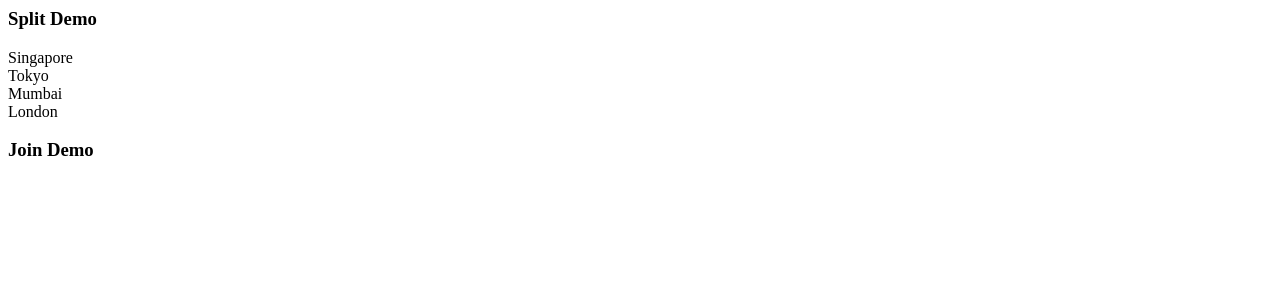
Repository: mangeshgayakwad2020/jsp_servlet
Page: http://localhost/JSPTagDemo/split-join-test.jsp
The author's editor kept a copy of each file at every save. The page is drawn from the files as they stood at one save, then again after the next save.
The browser window is 1280 px wide. The pictures show the whole page.
The page is served by Tomcat 9. Other server files are loaded and not shown.

Above is the page before, as saved 2019-08-21 01:53:06.

### JSPTagDemo/WebContent/split-join-test.jsp
<%@ taglib uri="http://java.sun.com/jsp/jstl/core" prefix="c"%>
<%@ taglib uri="http://java.sun.com/jsp/jstl/functions" prefix="fn" %>

<html>

<body>

<c:set var="data" value="Singapore, Tokyo, Mumbai, London" />

<h3>Split Demo</h3>

<c:set var="citiesArray" value="${fn:split(data, ',')}" />

<c:forEach var="tempCity" items="${citiesArray}">
	${tempCity}<br>
</c:forEach>

<h3>Join Demo</h3>

<c:set var="allCities" value="${fn:join(citiesArray, '*')}" />

</body>

</html>

After the next save:
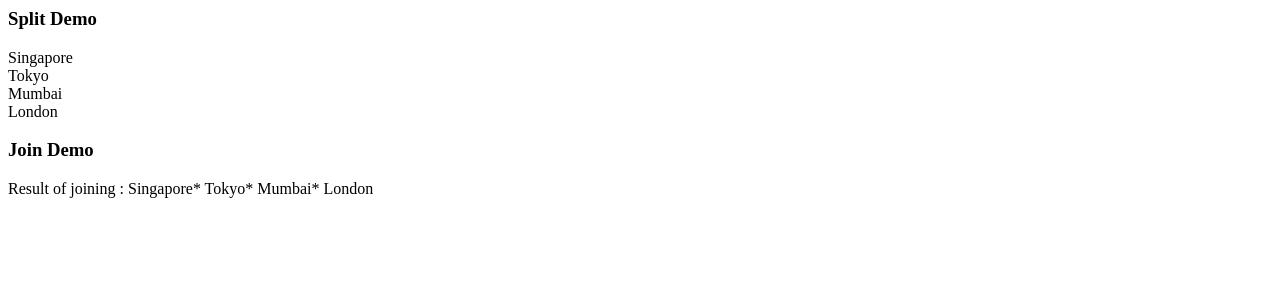
Saved 31 s later.
--- a/JSPTagDemo/WebContent/split-join-test.jsp
+++ b/JSPTagDemo/WebContent/split-join-test.jsp
@@ -19,6 +19,8 @@
 
 <c:set var="allCities" value="${fn:join(citiesArray, '*')}" />
 
+Result of joining : ${allCities}
+
 </body>
 
 </html>
